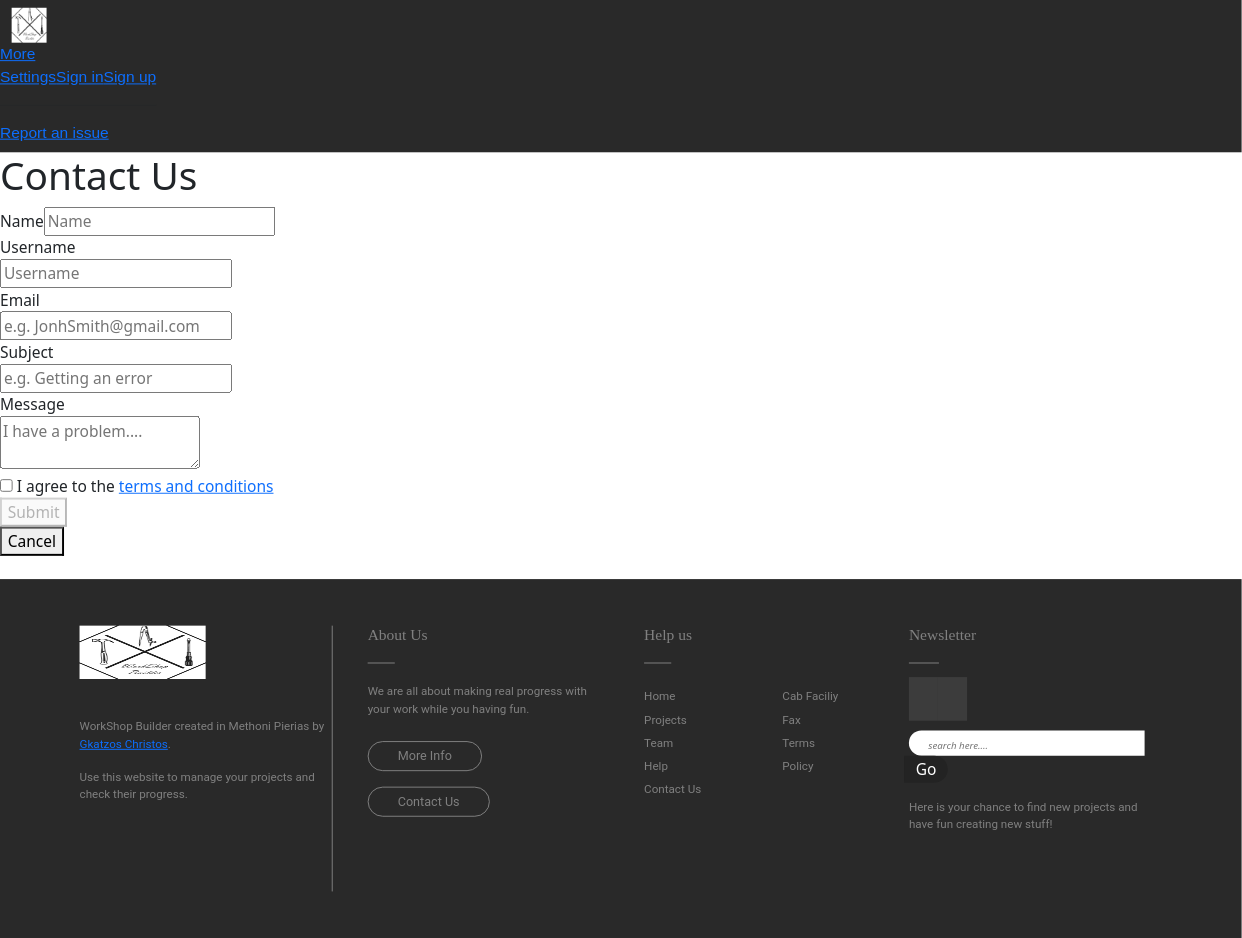
Repository: GkatzosChristos/workshop-builder-ui
Page: /contactUs (app in workshop-builder-ui/)
The author's editor kept a copy of each file at every save. The page is drawn from the files as they stood at one save, then again after the next save.
The browser window is 1280 px wide. The pictures show the whole page, at 97% of full size.
The project was rebuilt for these pictures with package versions that can differ from the ones it lists, and the page was loaded fresh each time. Also part of the build but not shown: workshop-builder-ui/angular.json, workshop-builder-ui/src/app/about-us/about-us.component.ts, workshop-builder-ui/src/app/home/home.component.ts, workshop-builder-ui/src/app/project/project.component.ts.

Above is the page before, as saved 2021-08-27 16:42:56.

After the next save:
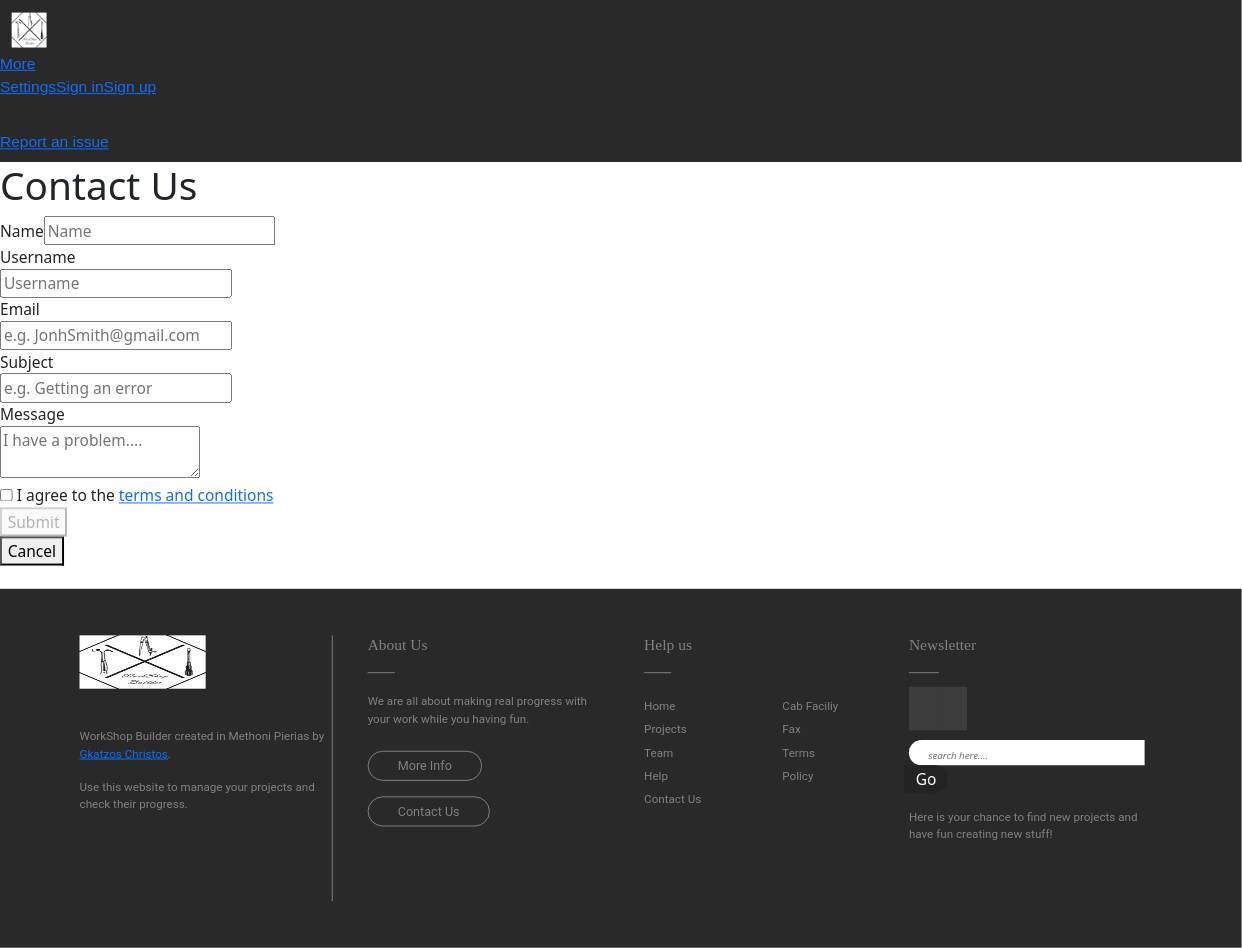
Saved 16 s later.
--- a/workshop-builder-ui/src/app/header/header.component.html
+++ b/workshop-builder-ui/src/app/header/header.component.html
@@ -5,7 +5,7 @@
 <header>
     <nav class="navbar" role="navigation" aria-label="main navigation">
         <div class="container-fluid">
-            <a class="navbar-item" routerLink="/">
+            <a class="navbar-brand" routerLink="/">
                 <img src="/assets/images/workshop_logo.jpg" alt="WorkShop Builder">
             </a>
         </div>
